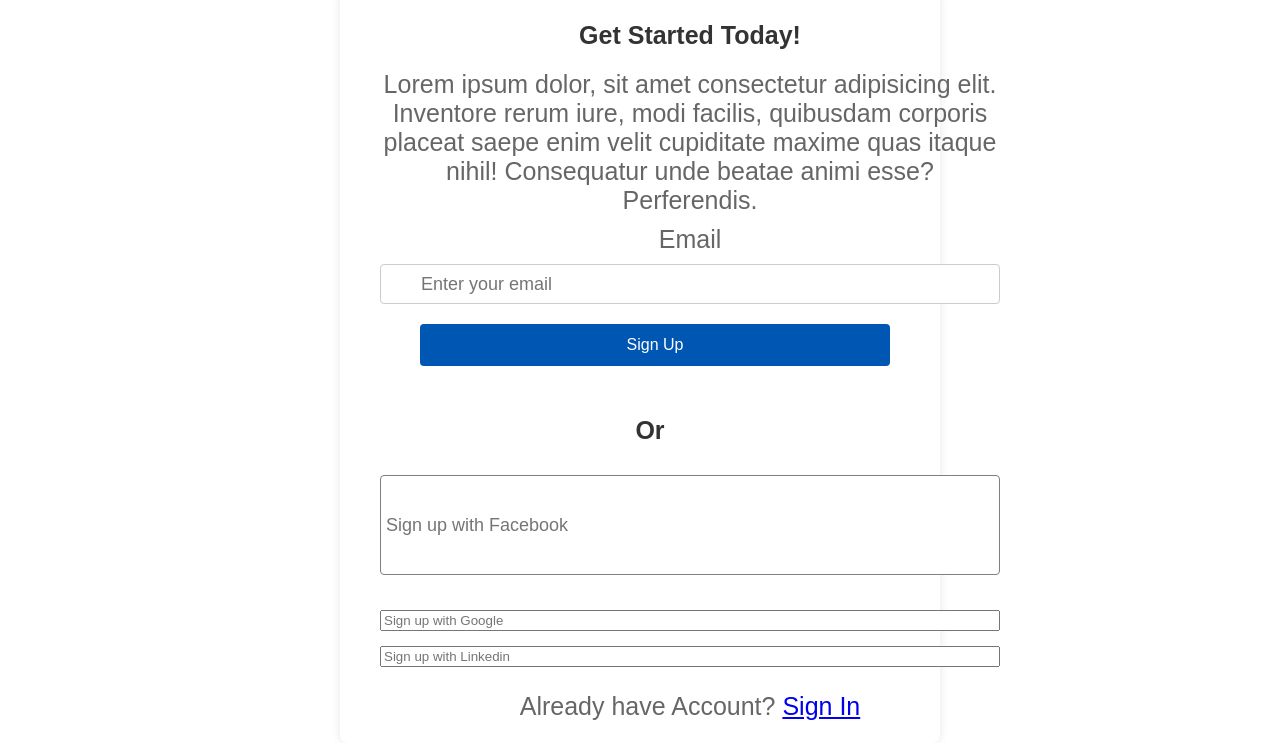
Repository: Femi007-gh/LOGIN-INTERFACE
Page: index.html
An editor plug-in stored every save of this project. The page is shown before and after the next save, followed by the edit.
The browser window is 1280 px wide. The pictures show the whole page.

Above is the page before, as saved 2025-01-21 13:23:35.

After the next save:
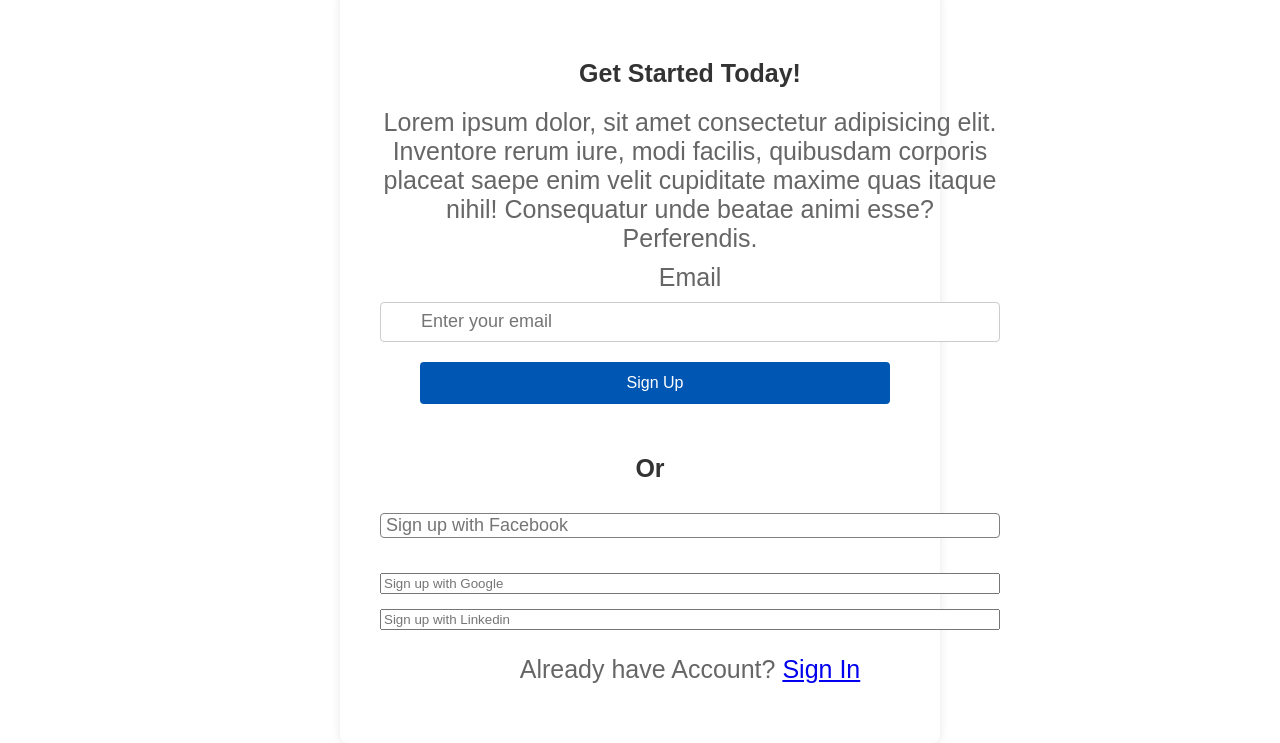
Saved 7 s later.
--- a/style.css
+++ b/style.css
@@ -85,6 +85,7 @@
   margin-right: 80px;
 }
  .small {
+  width:
   height: 100px;
   border: 1px solid grey;
   border-radius: 4px;

After the save that followed:
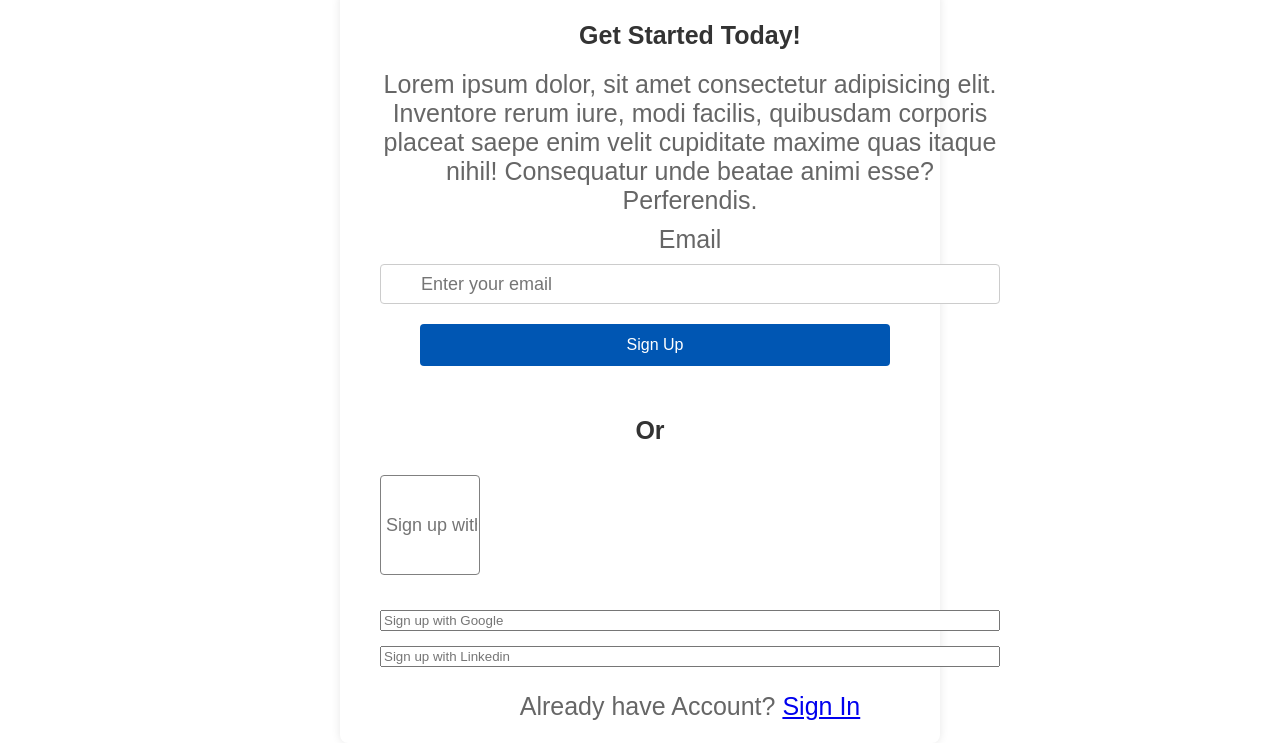
Saved 6 s later.
--- a/style.css
+++ b/style.css
@@ -85,7 +85,7 @@
   margin-right: 80px;
 }
  .small {
-  width:
+  width: 100px;
   height: 100px;
   border: 1px solid grey;
   border-radius: 4px;
